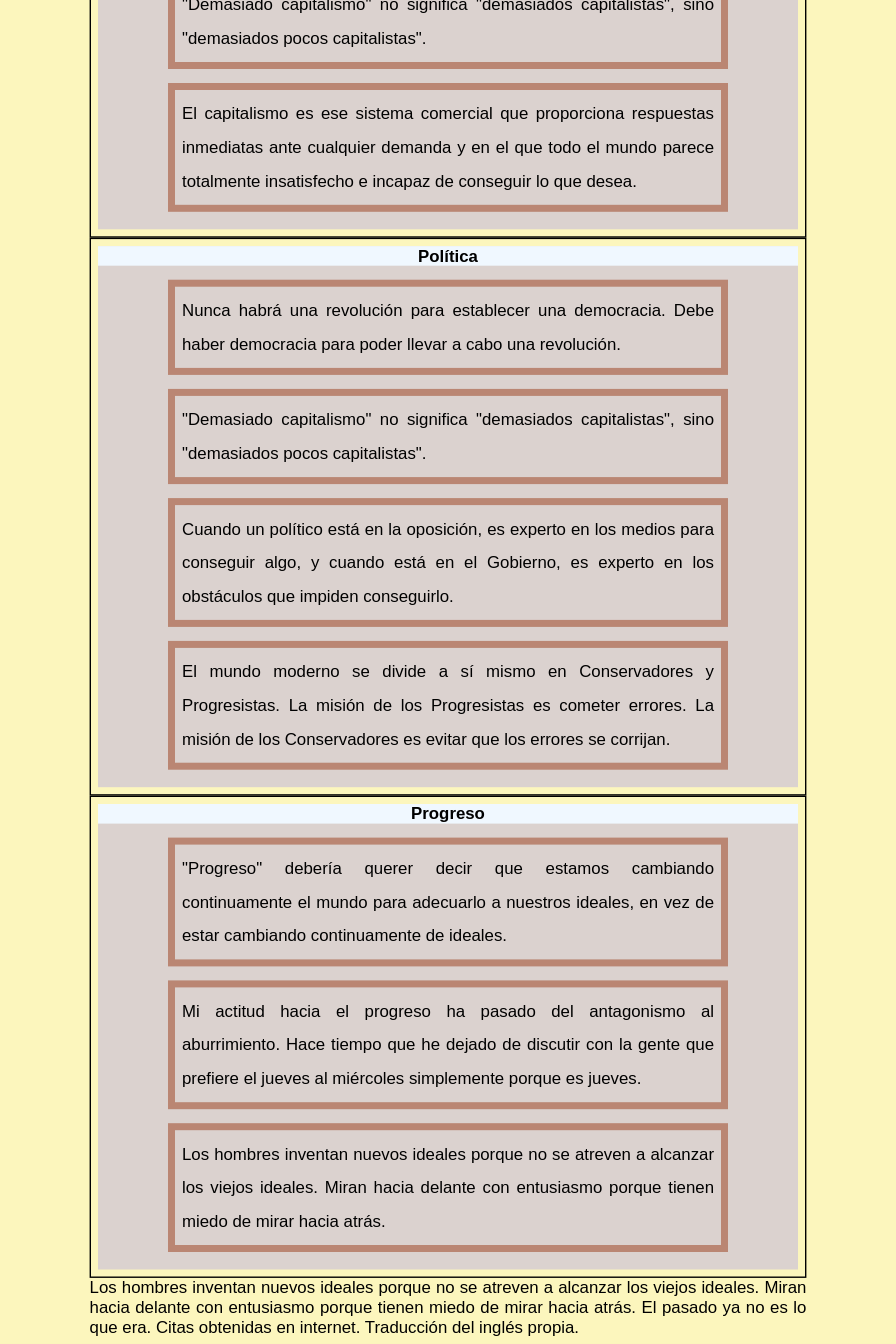
Repository: EmilyMachuca-Developer/Advanced-Programming-Projects
Page: index.html
The author's editor kept a copy of each file at every save. The page is drawn from the files as they stood at one save, then again after the next save.
The browser window is 1280 px wide. The pictures show the part of the page from y = 661 to 2581 px (the page is 2581 px tall before and 2525 px after), at 70% of full size.

Above is the page before, as saved 2024-02-26 20:44:32.

After the next save:
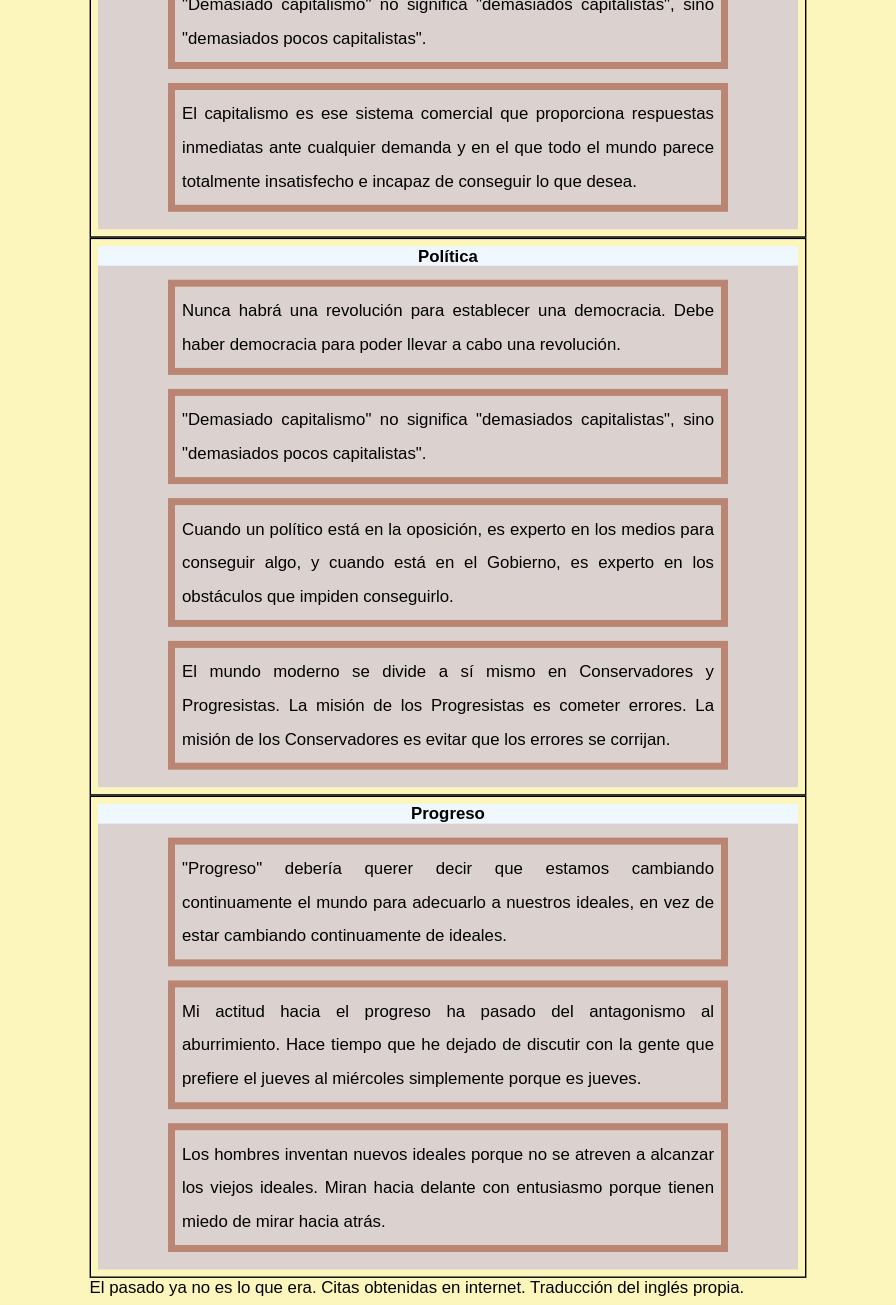
Saved 6 s later.
--- a/index.html
+++ b/index.html
@@ -46,7 +46,7 @@
 
 
 
-Los hombres inventan nuevos ideales porque no se atreven a alcanzar los viejos ideales. Miran hacia delante con entusiasmo porque tienen miedo de mirar hacia atrás.
+
 
 El pasado ya no es lo que era.
 
